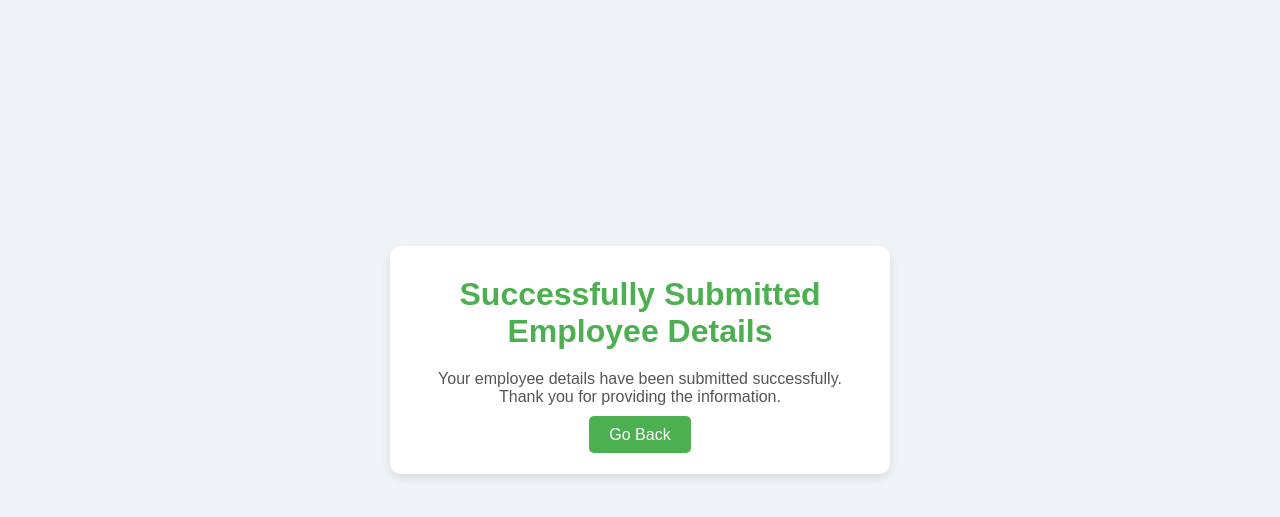
Repository: sohail1810/Product
Page: http://localhost/Success
These files come from the project's save history. The page is drawn as it stood at one moment and after the next save; the edit follows.
The browser window is 1280 px wide. The pictures show the whole page.
The page is this project's Thymeleaf template; nobody is signed in. The template is opened directly, without the code that normally fills it, so the values that code supplies are empty.

Above is the page before, as saved 2024-12-22 09:54:56.

### SpringBootMVC-2/src/main/resources/templates/Success.html
<!DOCTYPE html>
<html>
<head>
    <meta charset="UTF-8">
    <title>Employee Details Submission</title>
    <style>
        /* Basic reset for padding and margin */
        * {
            margin: 0;
            padding: 0;
            box-sizing: border-box;
        }

        body {
            font-family: 'Arial', sans-serif;
            background-color: #f0f4f7; /* Light background color */
            color: #333;
            display: flex;
            justify-content: center;
            align-items: center;
            height: 100vh;
            margin: 0;
        }

        .container {
            background-color: #ffffff;
            padding: 30px;
            border-radius: 10px;
            box-shadow: 0 4px 10px rgba(0, 0, 0, 0.1);
            text-align: center;
            max-width: 500px;
            width: 100%;
        }

        h2 {
            color: #4CAF50; /* Green color */
            font-size: 2rem;
            margin-bottom: 20px;
        }

        p {
            color: #555;
            font-size: 1rem;
            margin-bottom: 20px;
        }

        .button {
            background-color: #4CAF50;
            color: white;
            padding: 10px 20px;
            font-size: 1rem;
            border: none;
            border-radius: 5px;
            cursor: pointer;
            text-decoration: none;
        }

        .button:hover {
            background-color: #45a049; /* Darker green on hover */
        }

        /* Responsive design */
        @media (max-width: 768px) {
            .container {
                padding: 20px;
            }
            h2 {
                font-size: 1.5rem;
            }
        }
    </style>
</head>
<body>

    <div class="container">
        <h2>Successfully Submitted Employee Details</h2>
        <p>Your employee details have been submitted successfully. Thank you for providing the information.</p>
        <a href="#" class="button">Go Back</a>
    </div>

</body>
</html>

After the next save:
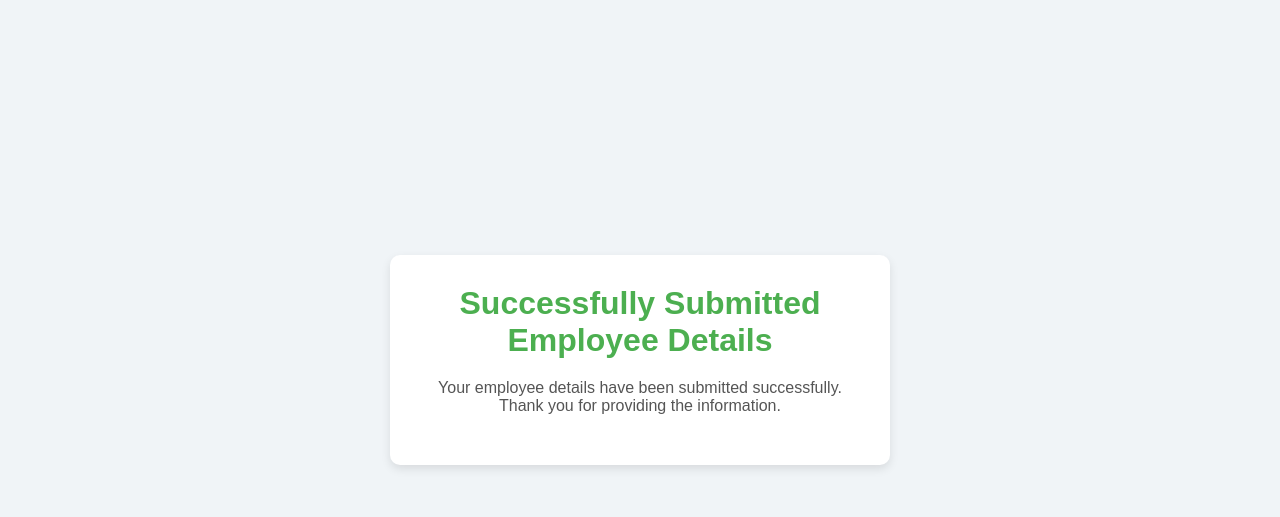
Saved 23 min 5 s later.
--- a/SpringBootMVC-2/src/main/resources/templates/Success.html
+++ b/SpringBootMVC-2/src/main/resources/templates/Success.html
@@ -75,7 +75,7 @@
     <div class="container">
         <h2>Successfully Submitted Employee Details</h2>
         <p>Your employee details have been submitted successfully. Thank you for providing the information.</p>
-        <a href="#" class="button">Go Back</a>
+
     </div>
 
 </body>
